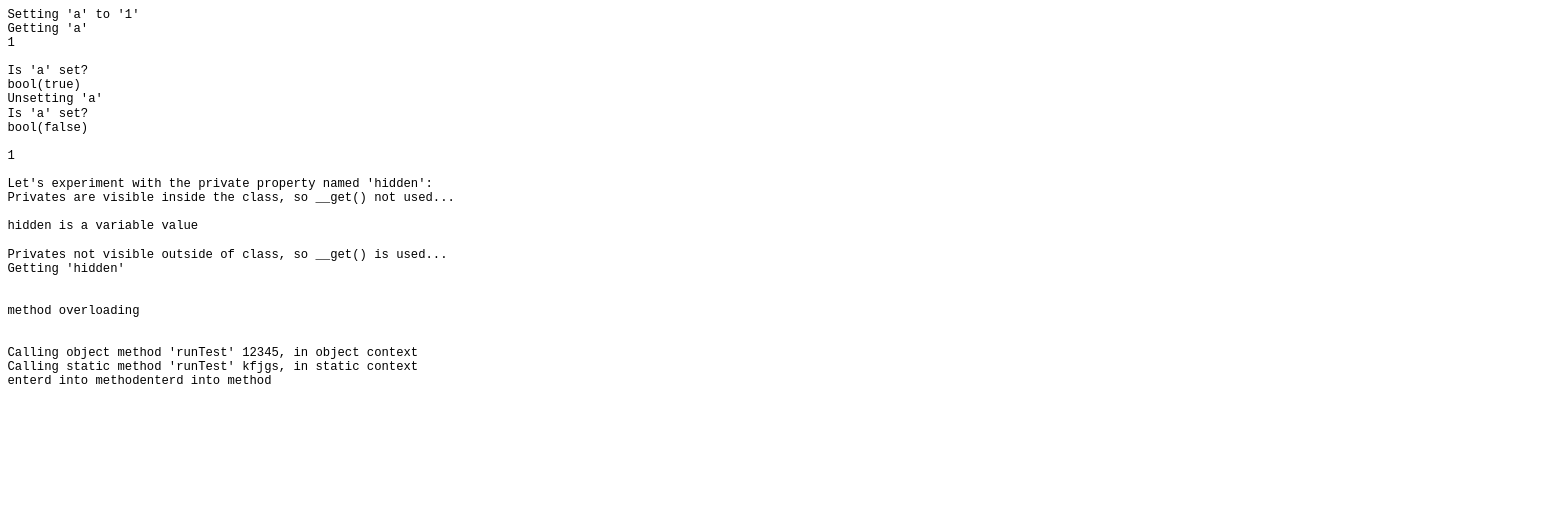
Repository: jyotsna1234/bugappmvc
Page: http://localhost/overloading.php
The author's editor kept a copy of each file at every save. The page is drawn from the files as they stood at one save, then again after the next save.
The browser window is 1280 px wide. The page is 1280 px wide, then 1652 px, so the pictures cover 1652 px, including what lies to the right of the window. The pictures show the whole page, at 94% of full size.
The page is run by PHP 8.4 with error messages shown; the project is at /var/www/html/.

Above is the page before, as saved 2014-04-09 07:02:08.

After the next save:
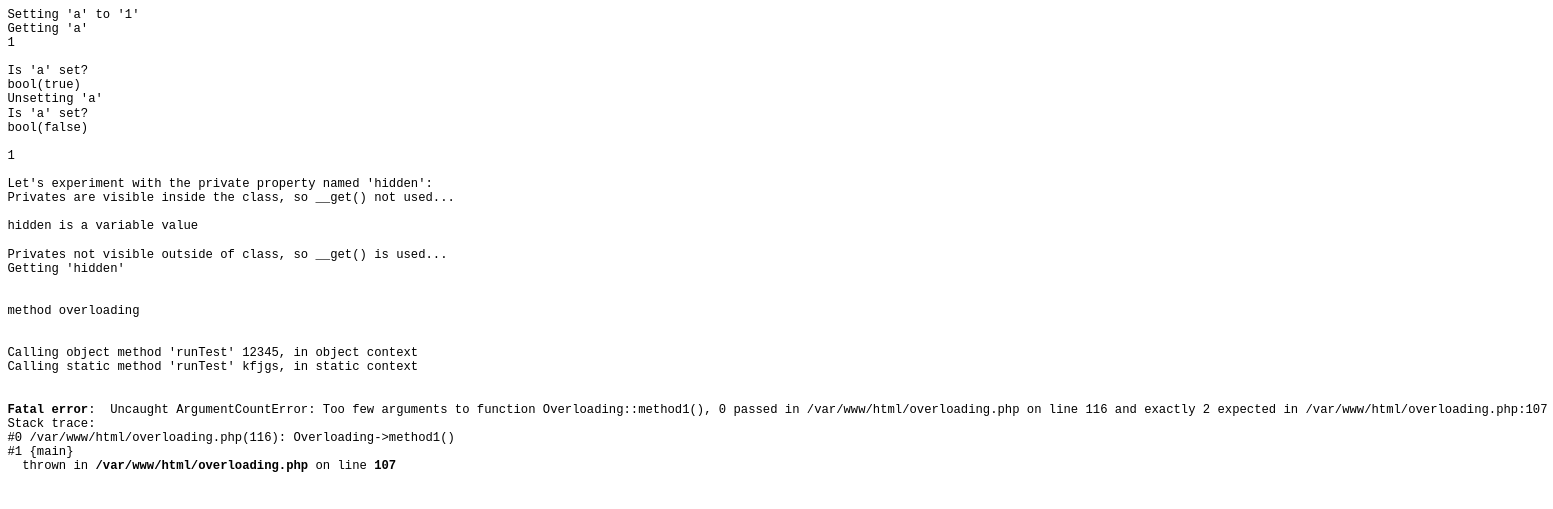
Saved 3 min 1 s later.
--- a/oops_php/overloading.php
+++ b/oops_php/overloading.php
@@ -104,7 +104,7 @@ MethodTest::runTest('kfjgs','in static context');  // As of PHP 5.3.0
  * */class Overloading  {
 	var $data;
 	var $value;
-	public function method1()
+	public function method1($name,$value)
 	{
 	echo "enterd into method";
 
